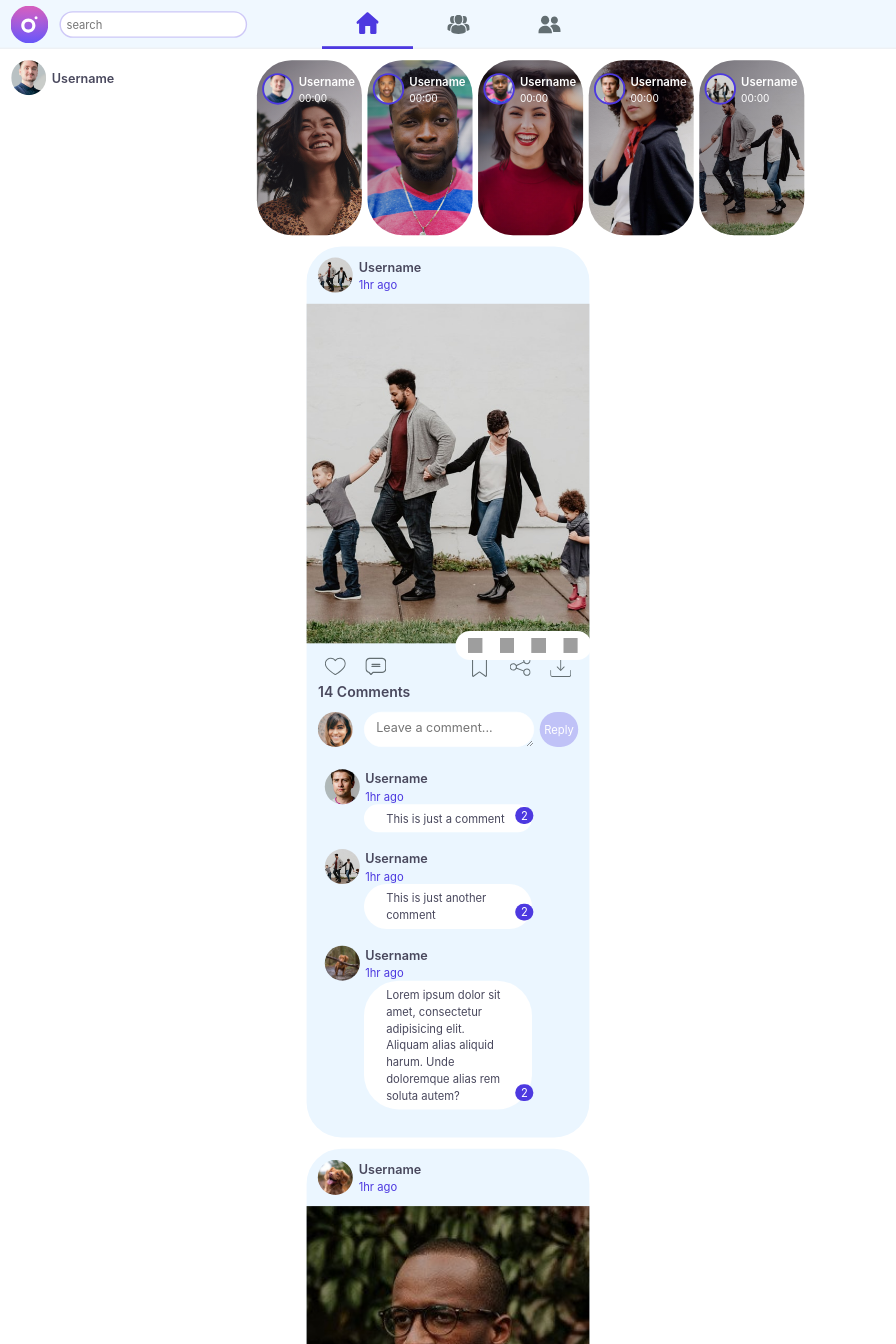
Repository: Flovet-stack/memic
Page: home.html
The author's editor kept a copy of each file at every save. The page is drawn from the files as they stood at one save, then again after the next save.
The browser window is 1280 px wide. The pictures show the part of the page from y = 0 to 1920 px (the page is 3302 px tall), at 70% of full size.
Pictures or frames that could not be fetched are drawn as grey boxes. Some web fonts or font styles are not loaded; a fallback is used.

Above is the page before, as saved 2020-10-17 19:21:40.
Console error: TypeError: Cannot read properties of undefined (reading 'fn')

After the next save:
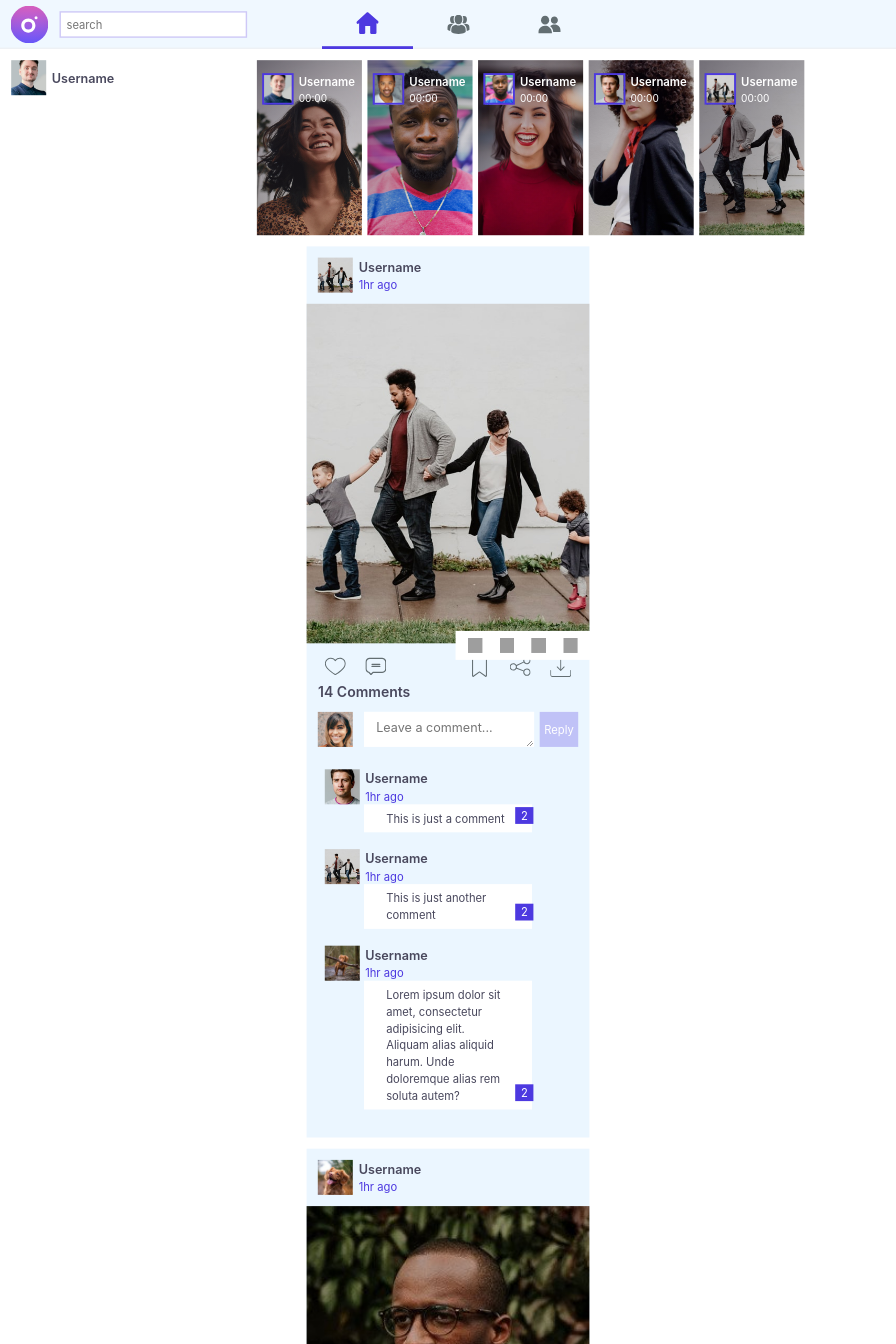
Saved 40 s later.
--- a/css/main-styles.css
+++ b/css/main-styles.css
@@ -32,8 +32,8 @@
     --padding-1: .5rem;
     --padding-2: 1rem;
     --padding-3: 2rem;
-    --border-radius: 50px;
-    --circular-radius: 50%;
+    --border-radius: 0px;
+    --circular-radius: 0%;
     --border: 2px solid var(--white-shade-2);
 
     /* animations */
